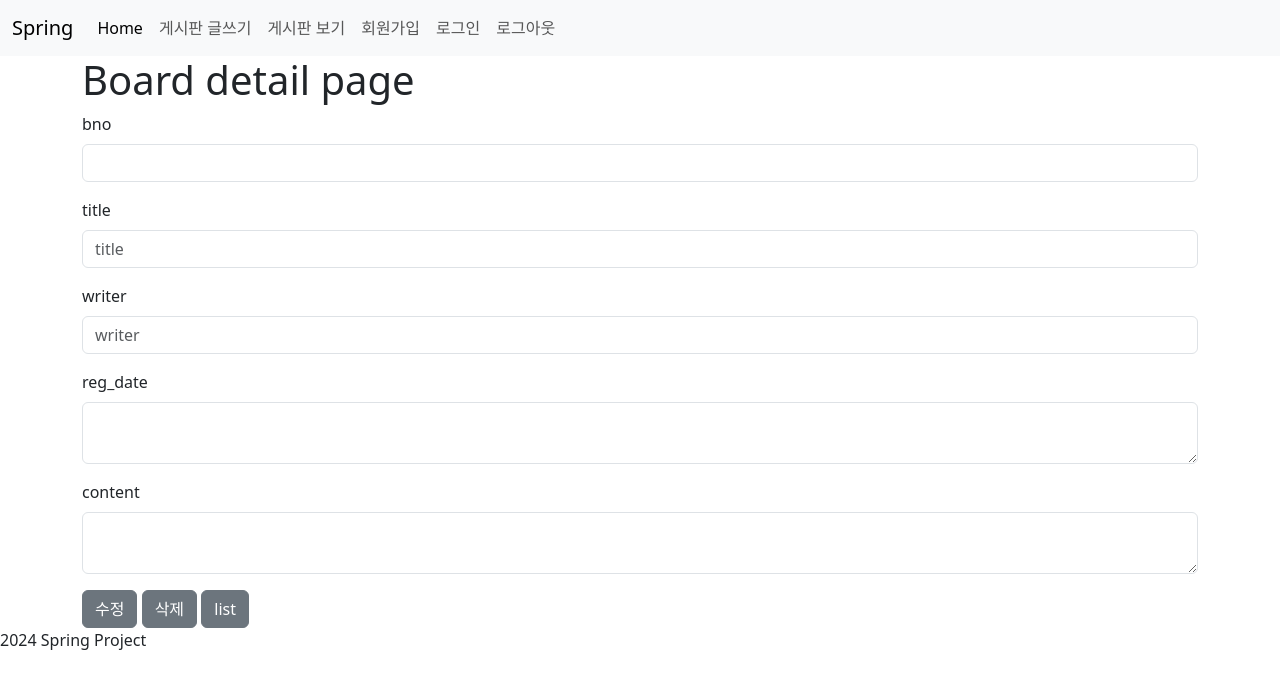
Repository: kimnoanoa/springTest240430
Page: http://localhost/spring_study/WEB-INF/views/board/detail.jsp
These files come from the project's save history. The page is drawn as it stood at one moment and after the next save; the edit follows.
The browser window is 1280 px wide. The pictures show the whole page.
The page is served by Tomcat 9. Nobody is signed in. The template is opened directly, without the code that normally fills it, so the values that code supplies are empty.

Above is the page before, as saved 2024-04-24 05:49:25.

### spring_study/src/main/webapp/WEB-INF/views/board/detail.jsp
<%@ page language="java" contentType="text/html; charset=UTF-8"
    pageEncoding="UTF-8"%>
    <jsp:include page="../layout/header.jsp"></jsp:include>
	<div class="container-md">
	<h1>Board detail page</h1>

			<div class="mb-3">
			  <label for="n" class="form-label">bno</label>
			  <input type="text" class="form-control" id="n" name="title" placeholder="">
			</div>
			<div class="mb-3">
			  <label for="t" class="form-label">title</label>
			  <input type="text" class="form-control" id="t" name="title" placeholder="title">
			</div>
			<div class="mb-3">
			  <label for="w" class="form-label">writer</label>
			  <input type="text" class="form-control" id="w" name="writer" placeholder="writer">
			</div>
			<div class="mb-3">
			   <label for="r" class="form-label">reg_date</label>
			  <textarea class="form-control" id="r" aria-label="With textarea" name="reg_date"></textarea>
			</div>
			<div class="mb-3">
			   <label for="c" class="form-label">content</label>
			  <textarea class="form-control" id="c" aria-label="With textarea" name="content"></textarea>
			</div>
			<a><button type="button" class="btn btn-secondary">수정</button></a>
			<a><button type="button" class="btn btn-secondary">삭제</button></a>
			<a><button type="button" class="btn btn-secondary">list</button></a>

	</div>

    <jsp:include page="../layout/footer.jsp"></jsp:include>

### spring_study/src/main/webapp/WEB-INF/views/layout/header.jsp
<%@ page language="java" contentType="text/html; charset=UTF-8"
    pageEncoding="UTF-8"%>
<!DOCTYPE html>
<html>
<head>
<meta charset="UTF-8">
<title>header.jsp</title>
</head>
<link href="https://cdn.jsdelivr.net/npm/bootstrap@5.3.3/dist/css/bootstrap.min.css" rel="stylesheet" integrity="sha384-QWTKZyjpPEjISv5WaRU9OFeRpok6YctnYmDr5pNlyT2bRjXh0JMhjY6hW+ALEwIH" crossorigin="anonymous">
<script src="https://cdn.jsdelivr.net/npm/bootstrap@5.3.3/dist/js/bootstrap.bundle.min.js" integrity="sha384-YvpcrYf0tY3lHB60NNkmXc5s9fDVZLESaAA55NDzOxhy9GkcIdslK1eN7N6jIeHz" crossorigin="anonymous"></script>
<body>
<nav class="navbar navbar-expand-lg bg-body-tertiary">
  <div class="container-fluid">
    <a class="navbar-brand" href="#">Spring</a>
    <button class="navbar-toggler" type="button" data-bs-toggle="collapse" data-bs-target="#navbarSupportedContent" aria-controls="navbarSupportedContent" aria-expanded="false" aria-label="Toggle navigation">
      <span class="navbar-toggler-icon"></span>
    </button>
    <div class="collapse navbar-collapse" id="navbarSupportedContent">
      <ul class="navbar-nav me-auto mb-2 mb-lg-0">
        <li class="nav-item">
          <a class="nav-link active" aria-current="page" href="#">Home</a>
        </li>
        <li class="nav-item">
          <a class="nav-link" href="/board/register">게시판 글쓰기</a>
        </li>
        <li class="nav-item">
          <a class="nav-link" href="/board/list">게시판 보기</a>
        </li>
        <li class="nav-item">
          <a class="nav-link" href="#">회원가입</a>
        </li>
        <li class="nav-item">
          <a class="nav-link" href="#">로그인</a>
        </li>
        <li class="nav-item">
          <a class="nav-link" href="#">로그아웃</a>
        </li>
        </ul>
    </div>
  </div>
</nav>

### spring_study/src/main/webapp/WEB-INF/views/layout/footer.jsp
<%@ page language="java" contentType="text/html; charset=UTF-8"
    pageEncoding="UTF-8"%>
<div>
2024 Spring Project
</div>
</body>
</html>

After the next save:
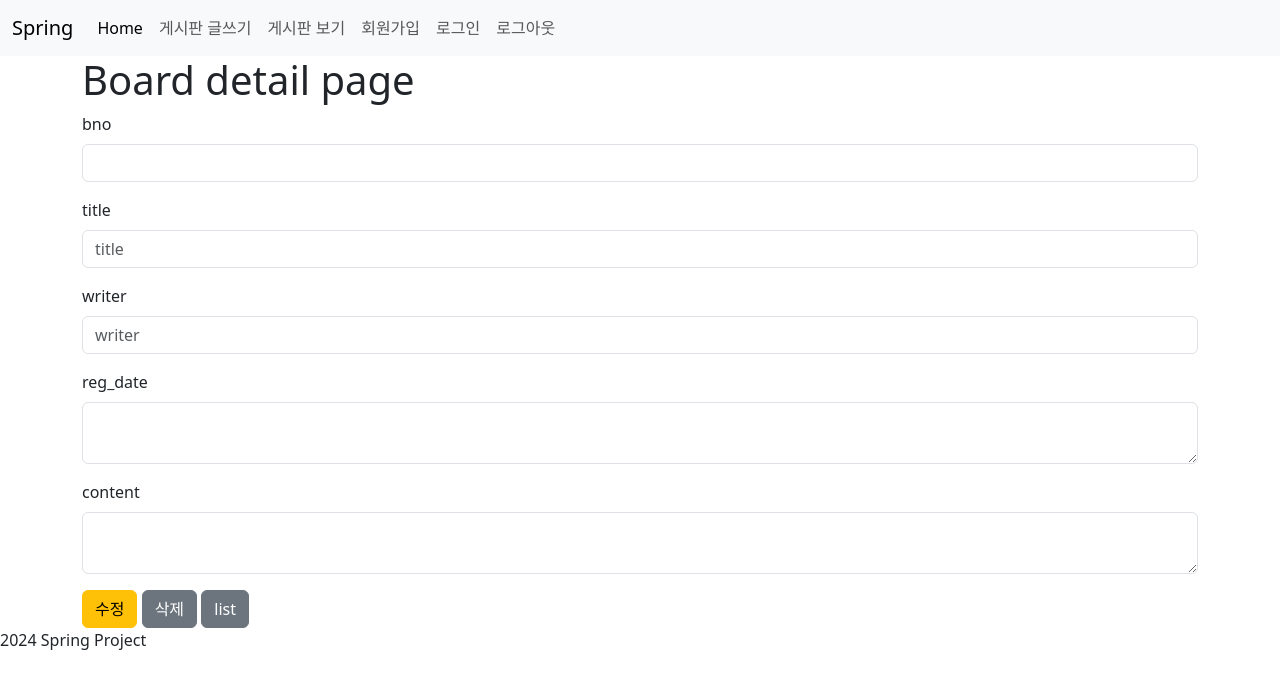
Saved 52 s later.
--- a/spring_study/src/main/webapp/WEB-INF/views/board/detail.jsp
+++ b/spring_study/src/main/webapp/WEB-INF/views/board/detail.jsp
@@ -24,7 +24,7 @@
 			   <label for="c" class="form-label">content</label>
 			  <textarea class="form-control" id="c" aria-label="With textarea" name="content"></textarea>
 			</div>
-			<a><button type="button" class="btn btn-secondary">수정</button></a>
+			<a><button type="button" class="btn btn-warning">수정</button></a>
 			<a><button type="button" class="btn btn-secondary">삭제</button></a>
 			<a><button type="button" class="btn btn-secondary">list</button></a>
 
